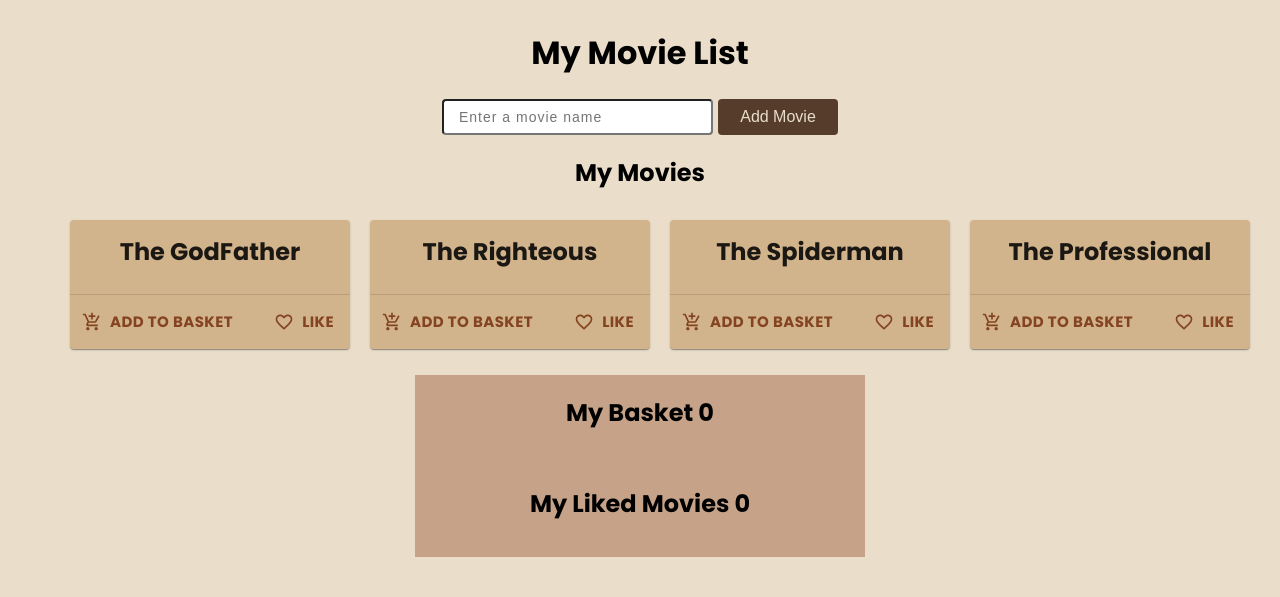
Repository: sinchana-p-iVoyant/redux-movie-store
Page: /
An editor plug-in stored every save of this project. The page is shown before and after a run of saves, followed by the edit.
The browser window is 1280 px wide. The pictures show the whole page.
The project was rebuilt for these pictures with package versions that can differ from the ones it lists, and the page was loaded fresh each time. Also part of the build but not shown: vite.config.ts.

Above is the page before, as saved 2024-02-15 13:10:24.

After the next 2 saves:
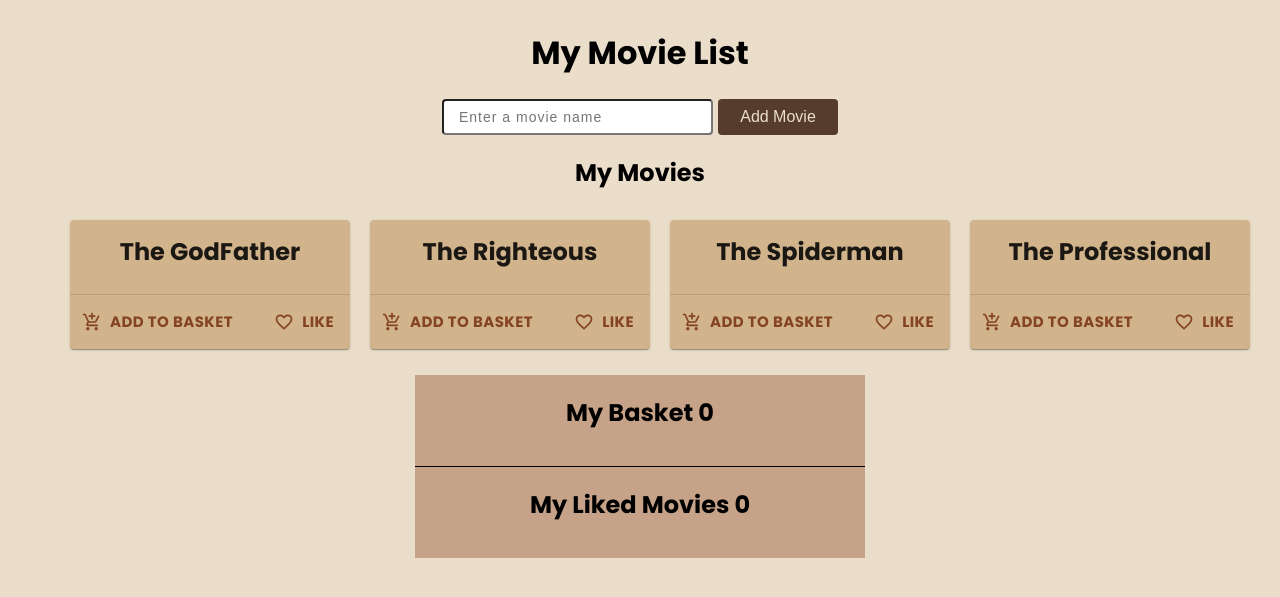
The 2 saves are shown as one change because they came seconds apart.
The last was saved 10 s later.
--- a/src/App.css
+++ b/src/App.css
@@ -86,7 +86,7 @@ input {
 }
 
 .basket-container {
-
+  border-bottom: 1px solid black;
 }
 
 .basket-container-list, .liked-container-list {
